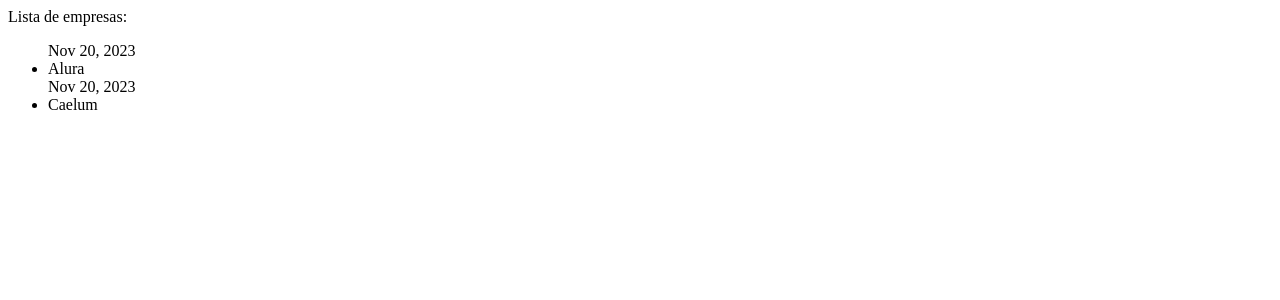
Repository: koyama8/Java_Web
Page: http://localhost/gerenciador/listaEmpresas
An editor plug-in stored every save of this project. The page is shown before and after the next save, followed by the edit.
The browser window is 1280 px wide. The pictures show the whole page.
The page is served by Tomcat 9. Other server files are loaded and not shown.

Above is the page before, as saved 2023-11-22 10:10:43.

### gerenciador/WebContent/listaEmpresas.jsp
<%@ page language="java" contentType="text/html; charset=ISO-8859-1"
    pageEncoding="ISO-8859-1"%>
<%@ page  import="java.util.List, br.com.alura.gerenciador.servlet.Empresa" %>
<%@ taglib uri="http://java.sun.com/jsp/jstl/core" prefix="c" %>
<%@ taglib uri="http://java.sun.com/jsp/jstl/fmt" prefix="fmt" %>


<!DOCTYPE html>
<html>
<head>
<meta charset="ISO-8859-1">
<title>Java Standard Taglib</title>
</head>
<body>


   Lista de empresas: <br />

    <ul>

           <c:forEach items="${empresas}" var="empresa">
                <fmt:formatDate value="${empresa.dataAbertura}"/>
                 <li>${empresa.nome} </li>
           </c:forEach>
    </ul>

</body>
</html>

### gerenciador/src/br/com/alura/gerenciador/servlet/ListaEmpresasServlet.java
package br.com.alura.gerenciador.servlet;

import java.io.IOException;
import java.io.PrintWriter;
import java.util.List;

import javax.servlet.RequestDispatcher;
import javax.servlet.ServletException;
import javax.servlet.annotation.WebServlet;
import javax.servlet.http.HttpServlet;
import javax.servlet.http.HttpServletRequest;
import javax.servlet.http.HttpServletResponse;

/**
 * Servlet implementation class ListaEmpresasServlet
 */
@WebServlet("/listaEmpresas")
public class ListaEmpresasServlet extends HttpServlet {

	private static final long serialVersionUID = 1L;

	protected void doGet(HttpServletRequest request, HttpServletResponse response) throws ServletException, IOException {

		 Banco banco = new Banco();
		 List<Empresa> lista = banco.getEmpresas();
		 request.setAttribute("empresas", lista);

		 RequestDispatcher rd = request.getRequestDispatcher("/listaEmpresas.jsp");
		 rd.forward(request, response);

	}
}

### gerenciador/src/br/com/alura/gerenciador/servlet/Banco.java
package br.com.alura.gerenciador.servlet;

import java.util.ArrayList;
import java.util.List;

public class Banco {

	private static List<Empresa> lista = new ArrayList<Empresa>();

	static {
		Empresa empresa = new Empresa();
		empresa.setNome("Alura");
		Empresa empresa2 = new Empresa();
		empresa2.setNome("Caelum");
		lista.add(empresa);
		lista.add(empresa2);
	}

	public void adiciona(Empresa empresa) {
		Banco.lista.add(empresa);
	}

	public List<Empresa> getEmpresas(){
		return Banco.lista;
	}

}

### gerenciador/src/br/com/alura/gerenciador/servlet/Empresa.java
package br.com.alura.gerenciador.servlet;

import java.util.Date;

public class Empresa {

	private Integer id;
	private String nome;
	private Date dataAbertura = new Date();


	public Integer getId() {
		return id;
	}
	public void setId(Integer id) {
		this.id = id;
	}
	public String getNome() {
		return nome;
	}
	public void setNome(String nome) {
		this.nome = nome;
	}
	public Date getDataAbertura() {
		return dataAbertura;
	}
	public void setDataAbertura(Date dataAbertura) {
		this.dataAbertura = dataAbertura;
	}




}

After the next save:
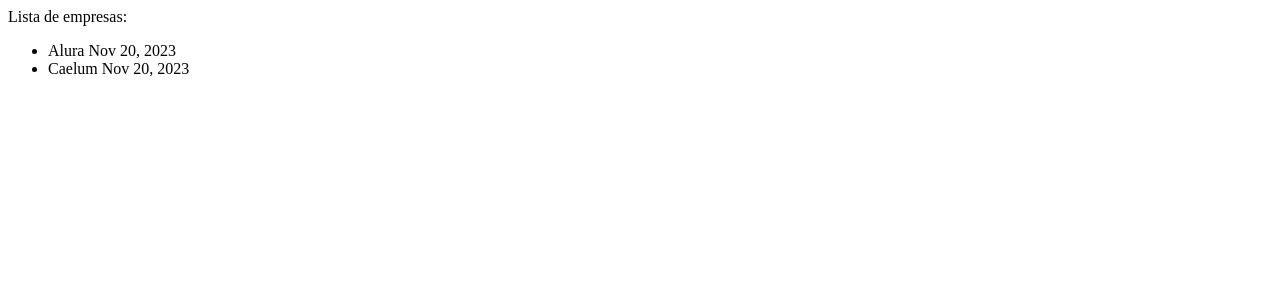
Saved 9 s later.
--- a/gerenciador/WebContent/listaEmpresas.jsp
+++ b/gerenciador/WebContent/listaEmpresas.jsp
@@ -19,8 +19,8 @@
     <ul>
 
            <c:forEach items="${empresas}" var="empresa">
-                <fmt:formatDate value="${empresa.dataAbertura}"/>
-                 <li>${empresa.nome} </li>
+
+                 <li>${empresa.nome}    <fmt:formatDate value="${empresa.dataAbertura}"/></li>
            </c:forEach>
     </ul>
 
